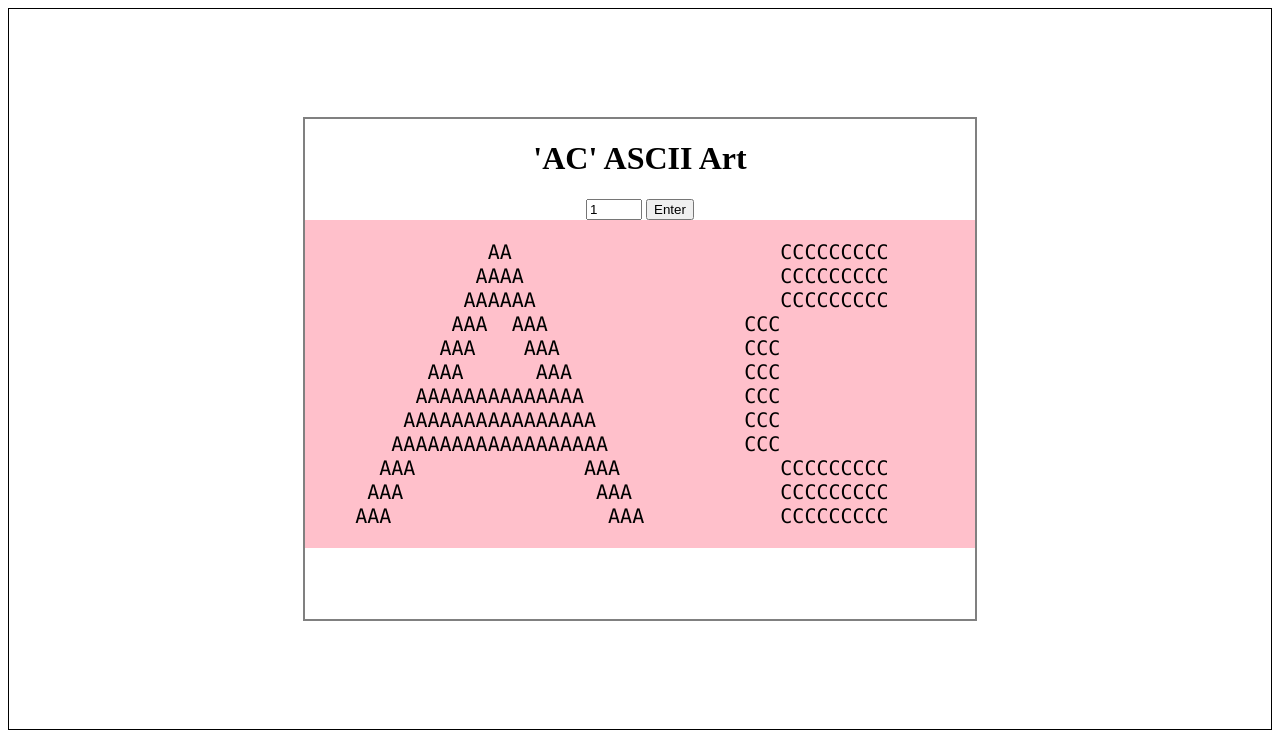
Repository: Achorn/ascii-art
Page: index.html
These files come from the project's save history. The page is drawn as it stood at one moment and after the next save; the edit follows.
The browser window is 1280 px wide. The pictures show the whole page.

Above is the page before, as saved 2021-08-09 20:25:52.

After the next save:
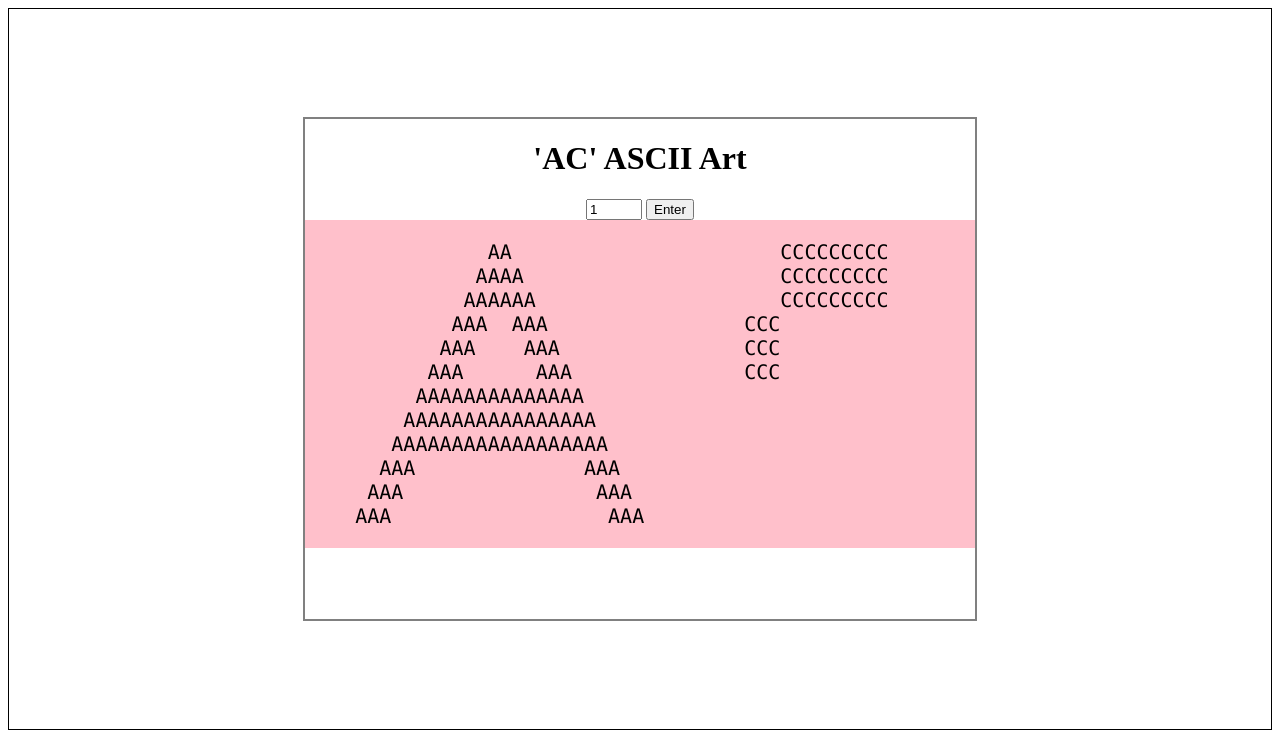
Saved 46 s later.
--- a/myscripts.js
+++ b/myscripts.js
@@ -26,8 +26,6 @@ let fourA = [
 let fourC = [
   [" ", "C", "C", "C", " "],
   ["C", " ", " ", " ", " "],
-  ["C", " ", " ", " ", " "],
-  [" ", "C", "C", "C", " "],
 ];
 
 let eight = [
@@ -84,6 +82,7 @@ function trimA(arr, lWidth) {
     arr[i] = newArr;
   }
 }
+function trimC(arr, lWidth) {}
 //GET ELEMENTS
 let monoA = document.getElementById("mono-a");
 let monoC = document.getElementById("mono-c");
